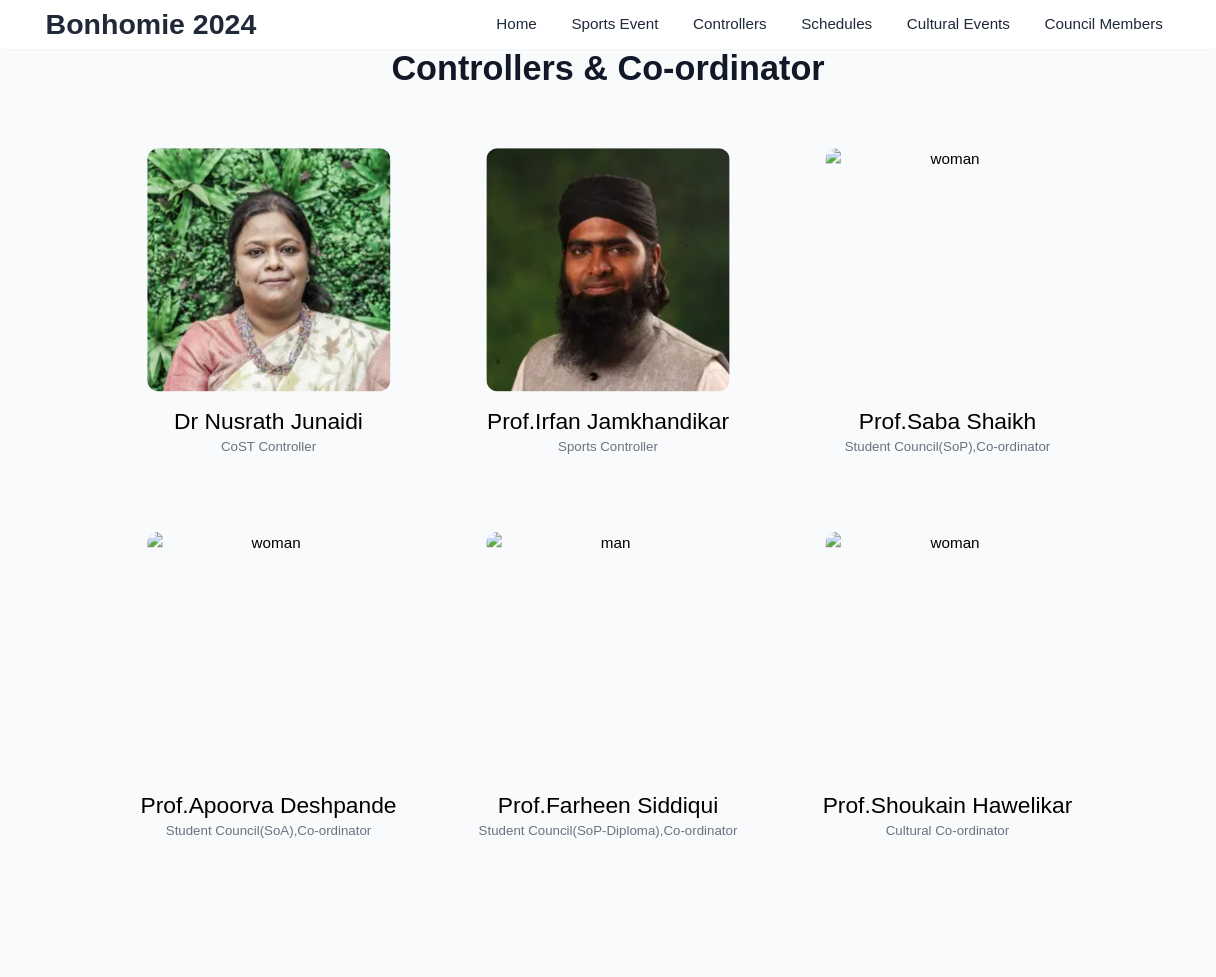
Repository: sshadulla22/Bonhomie2024
Page: Bonhomie 2024/Contr6ollers.html
These files come from the project's save history. The page is drawn as it stood at one moment and after the next save; the edit follows.
The browser window is 1280 px wide. The pictures show the whole page, at 95% of full size.
Some web libraries are served in a nearby version.

Above is the page before, as saved 2024-01-31 17:18:46.

### Bonhomie 2024/Contr6ollers.html

<!DOCTYPE html>
<html lang="en">
<head>
    <meta charset="UTF-8">
    <meta name="viewport" content="width=device-width, initial-scale=1.0">
    <script src="https://cdn.tailwindcss.com"></script>
    <title>Bonhomie 2024 </title>
</head>





    <style>
        body {
            font-family : Urbanist, sans-serif;
            @apply bg-white dark:bg-gray-900
        }

        .navbar-active .hamburger div:first-child {
            @apply rotate-45 translate-y-1.5;
        }
        .navbar-active .hamburger div:last-child {
            @apply -rotate-45 -translate-y-1;
        }
        .navbar-active div:first-child div:first-child div:last-child{
            @apply block lg:flex
        }
    </style>
  </head>

  </body>
  <div class="w-full">
    <nav class="bg-white shadow-lg">
        <div class="md:flex items-center justify-between py-2 px-8 md:px-12">
            <div class="flex justify-between items-center">
               <div class="text-2xl font-bold text-gray-800 md:text-3xl">
                    <a href="#">Bonhomie 2024</a>
               </div>
                <div class="md:hidden">
                    <button type="button" class="block text-gray-800 hover:text-gray-700 focus:text-gray-700 focus:outline-none">
                        <svg class="h-6 w-6 fill-current" viewBox="0 0 24 24">
                            <path class="hidden" d="M16.24 14.83a1 1 0 0 1-1.41 1.41L12 13.41l-2.83 2.83a1 1 0 0 1-1.41-1.41L10.59 12 7.76 9.17a1 1 0 0 1 1.41-1.41L12 10.59l2.83-2.83a1 1 0 0 1 1.41 1.41L13.41 12l2.83 2.83z"/>
                            <path d="M4 5h16a1 1 0 0 1 0 2H4a1 1 0 1 1 0-2zm0 6h16a1 1 0 0 1 0 2H4a1 1 0 0 1 0-2zm0 6h16a1 1 0 0 1 0 2H4a1 1 0 0 1 0-2z"/>
                        </svg>
                    </button>
                </div>
            </div>
            <div class="flex flex-col md:flex-row hidden md:block -mx-2">
                <a href="/index.html" class="text-gray-800 rounded hover:bg-blue-500 hover:text-gray-100 hover:font-medium py-2 px-2 md:mx-2">Home</a>
                <a href="/EventsSports.html" class="text-gray-800 rounded hover:bg-blue-500  hover:text-gray-100 hover:font-medium py-2 px-2 md:mx-2">Sports Event</a>
                <a href="/Contr6ollers.html" class="text-gray-800 rounded hover:bg-blue-500  hover:text-gray-100 hover:font-medium py-2 px-2 md:mx-2">Controllers</a>
                <a href="/EventsSports.html" class="text-gray-800 rounded hover:bg-blue-500  hover:text-gray-100 hover:font-medium py-2 px-2 md:mx-2">Schedules</a>
                <a href="/EventsClutural.html" class="text-gray-800 rounded hover:bg-blue-500  hover:text-gray-100 hover:font-medium py-2 px-2 md:mx-2">Cultural Events</a>
                <a href="/Council Members.html" class="text-gray-800 rounded hover:bg-blue-500  hover:text-gray-100 hover:font-medium py-2 px-2 md:mx-2">Council Members</a>
            </div>
        </div>
    </nav>
<!-- component -->
<div class="py-15 bg-gray-50">
    <div class="container mx-auto px-6 md:px-12 xl:px-32">
        <div class="mb-16 text-center">
            <h2 class="mb-4 text-center text-2xl text-gray-900 font-bold md:text-4xl">Controllers & Co-ordinator</h2>
        </div>
        <div class="grid gap-12 items-center md:grid-cols-3">
            <div class="space-y-4 text-center">
                <img class="w-64 h-64 mx-auto object-cover rounded-xl md:w-40 md:h-40 lg:w-64 lg:h-64"
                    src="./images/nusrat maam.png" alt="woman" loading="lazy" width="640" height="805">
                <div>
                    <h4 class="text-2xl">Dr Nusrath Junaidi</h4>
                    <span class="block text-sm text-gray-500">CoST Controller</span>
                </div>
            </div>
            <div class="space-y-4 text-center">
                <img class="w-64 h-64 mx-auto object-cover rounded-xl md:w-48 md:h-64 lg:w-64 lg:h-64"
                    src="./images/irfan sir.png" alt="man" loading="lazy" width="1000" height="667">
                <div>
                    <h4 class="text-2xl">
                        Prof.Irfan Jamkhandikar</h4>
                    <span class="block text-sm text-gray-500">Sports Controller</span>
                </div>
            </div>
            <div class="space-y-4 text-center">
                <img class="w-64 h-64 mx-auto object-cover rounded-xl md:w-40 md:h-40 lg:w-64 lg:h-64"
                    src="" alt="woman" loading="lazy" width="1000" height="667">
                <div>
                    <h4 class="text-2xl">Prof.Saba Shaikh</h4>
                    <span class="block text-sm text-gray-500">Student Council(SoP),Co-ordinator</span>
                </div>
            </div>
        </div>
    </div>
    <!-- component -->
<div class="py-20 bg-gray-50">
    <div class="container mx-auto px-6 md:px-12 xl:px-32">
        <div class="mb-16 text-center">
        <div class="grid gap-12 items-center md:grid-cols-3">
            <div class="space-y-4 text-center">
                <img class="w-64 h-64 mx-auto object-cover rounded-xl md:w-40 md:h-40 lg:w-64 lg:h-64"
                    src="" alt="woman" loading="lazy" width="640" height="805">
                <div>
                    <h4 class="text-2xl">Prof.Apoorva Deshpande</h4>
                    <span class="block text-sm text-gray-500">Student Council(SoA),Co-ordinator</span>
                </div>
            </div>
            <div class="space-y-4 text-center">
                <img class="w-64 h-64 mx-auto object-cover rounded-xl md:w-48 md:h-64 lg:w-64 lg:h-64"
                    src="" alt="man" loading="lazy" width="1000" height="667">
                <div>
                    <h4 class="text-2xl">Prof.Farheen Siddiqui</h4>
                    <span class="block text-sm text-gray-500">Student Council(SoP-Diploma),Co-ordinator</span>
                </div>
            </div>
            <div class="space-y-4 text-center">
                <img class="w-64 h-64 mx-auto object-cover rounded-xl md:w-40 md:h-40 lg:w-64 lg:h-64"
                    src="" alt="woman" loading="lazy" width="1000" height="667">
                <div>
                    <h4 class="text-2xl">Prof.Shoukain Hawelikar</h4>
                    <span class="block text-sm text-gray-500">Cultural Co-ordinator</span>
                </div>
            </div>
        </div>
    </div>
</div>
</div>

</body>
</html>

After the next save:
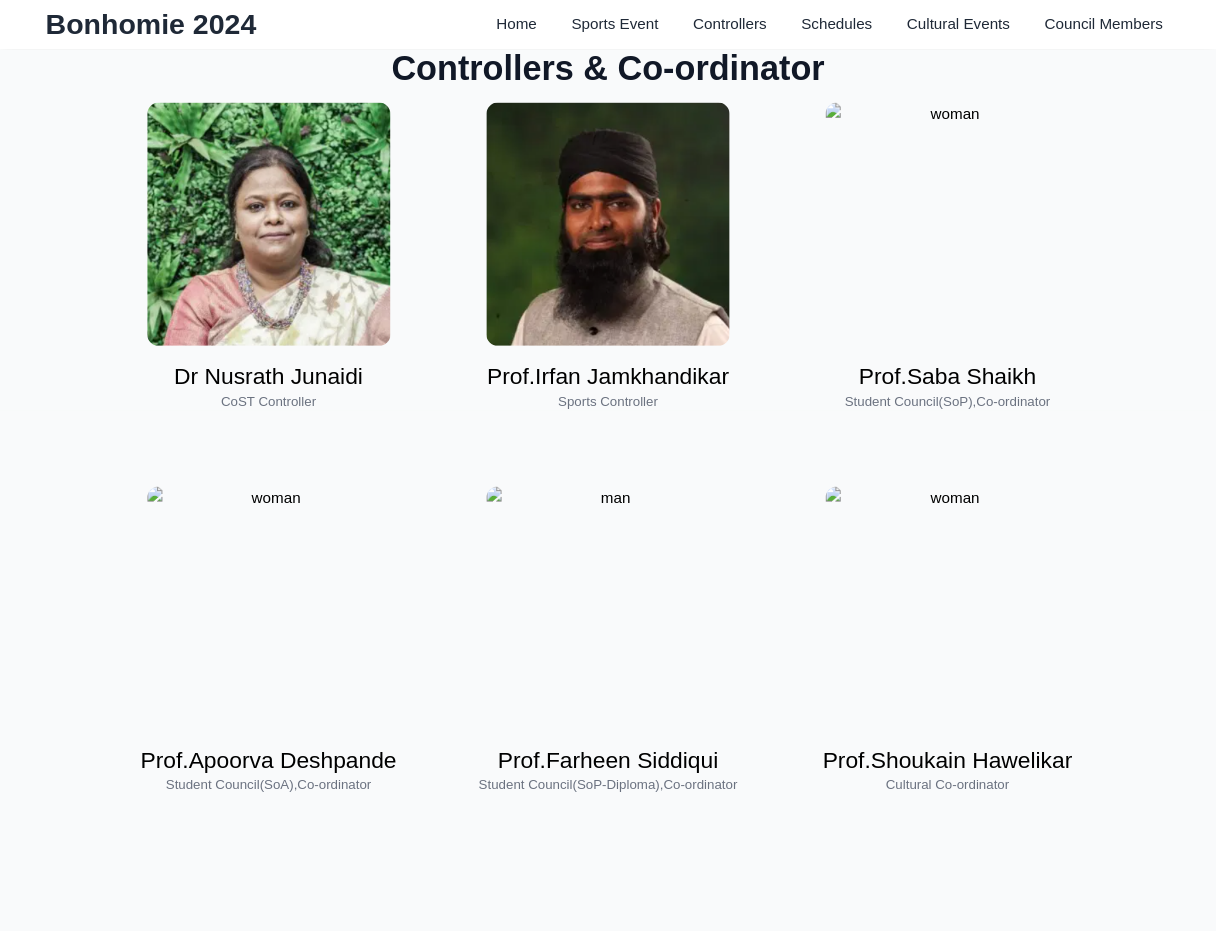
Saved 5 s later.
--- a/Bonhomie 2024/Contr6ollers.html
+++ b/Bonhomie 2024/Contr6ollers.html
@@ -60,7 +60,7 @@
 <!-- component -->
 <div class="py-15 bg-gray-50">
     <div class="container mx-auto px-6 md:px-12 xl:px-32">
-        <div class="mb-16 text-center">
+        <div class="mb-1 text-center">
             <h2 class="mb-4 text-center text-2xl text-gray-900 font-bold md:text-4xl">Controllers & Co-ordinator</h2>
         </div>
         <div class="grid gap-12 items-center md:grid-cols-3">

After the 2 saves that followed:
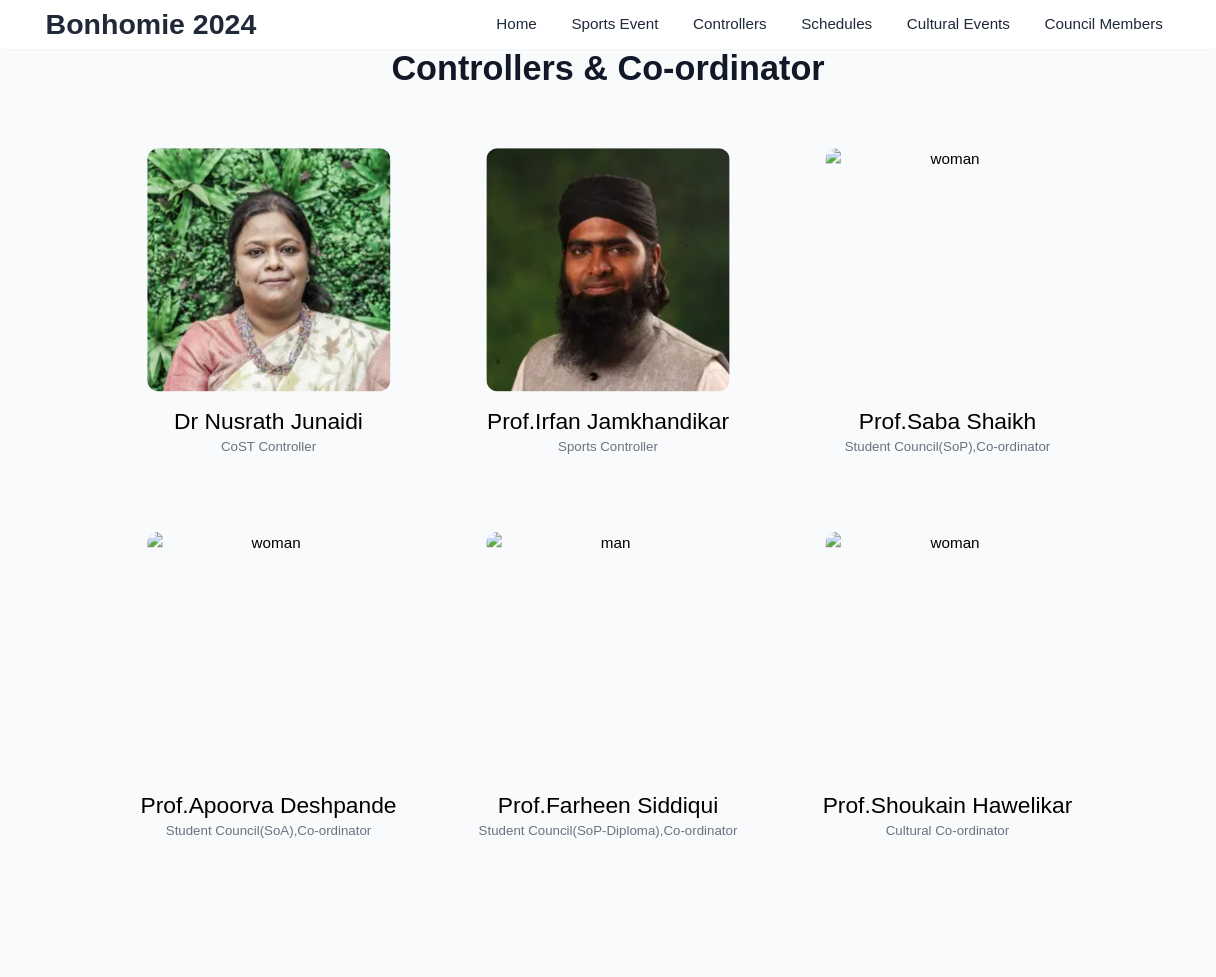
The 2 saves are shown as one change because they came seconds apart.
The last was saved 8 s later.
--- a/Bonhomie 2024/Contr6ollers.html
+++ b/Bonhomie 2024/Contr6ollers.html
@@ -60,7 +60,7 @@
 <!-- component -->
 <div class="py-15 bg-gray-50">
     <div class="container mx-auto px-6 md:px-12 xl:px-32">
-        <div class="mb-1 text-center">
+        <div class="mb-16 text-center">
             <h2 class="mb-4 text-center text-2xl text-gray-900 font-bold md:text-4xl">Controllers & Co-ordinator</h2>
         </div>
         <div class="grid gap-12 items-center md:grid-cols-3">
